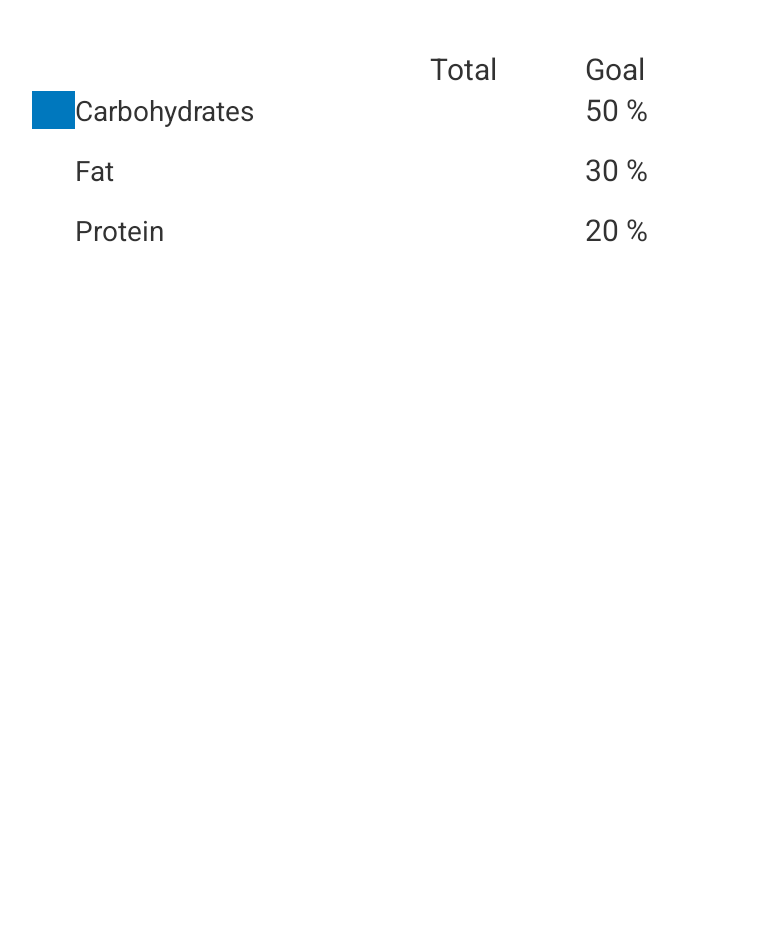
Repository: JieD/nutriy
Layout: NutriY/res/layout/fragment_nutrition_chart.xml
The author's editor kept a copy of each file at every save. The layout is drawn from the files as they stood at one save, then again after the next save.
The pictures show rows 336 to 1280 of an output 1280 px tall.
It is drawn on a 768 x 1280 px phone screen (xhdpi) without system bars, with theme AppTheme; the app's code is not run.

Above is the layout before, as saved 2014-05-11 05:21:47.

After the next save:
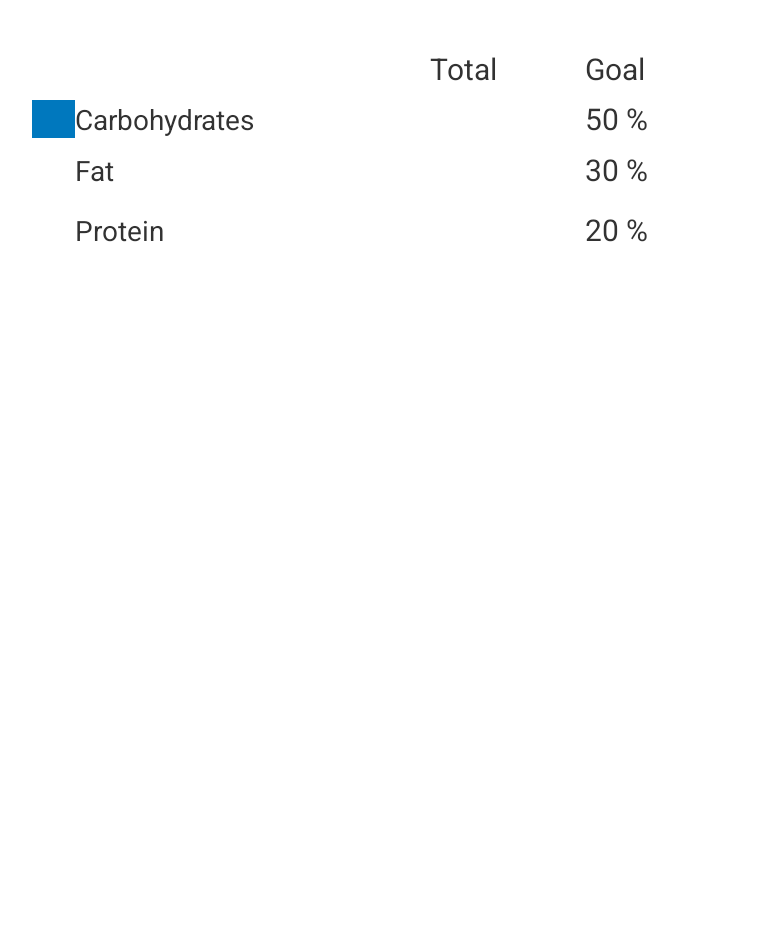
Saved 106 s later.
--- a/NutriY/res/layout/fragment_nutrition_chart.xml
+++ b/NutriY/res/layout/fragment_nutrition_chart.xml
@@ -54,18 +54,18 @@
 	     <TableRow
 	         android:minHeight="@dimen/medium_entry_height">
 	         <TextView
-                 android:layout_weight="1"
+                 android:layout_weight="1" android:layout_gravity="center_vertical"
                  android:background= "@drawable/carb_pie_color_box"/>
              <TextView
-                 android:layout_weight="4"
+                 android:layout_weight="4" android:layout_gravity="center_vertical"
                  android:text="@string/Carbohydrates" />
              <TextView
                  android:id="@+id/carb_percentage"
-                 android:layout_weight="2"
+                 android:layout_weight="2" android:layout_gravity="center_vertical"
                  android:text=""
                  android:textSize="@dimen/medium_text_size" />
              <TextView
-                 android:layout_weight="2"
+                 android:layout_weight="2" android:layout_gravity="center_vertical"
                  android:text="@string/carbs_goal"
                  android:textSize="@dimen/medium_text_size" />
 	     </TableRow>
